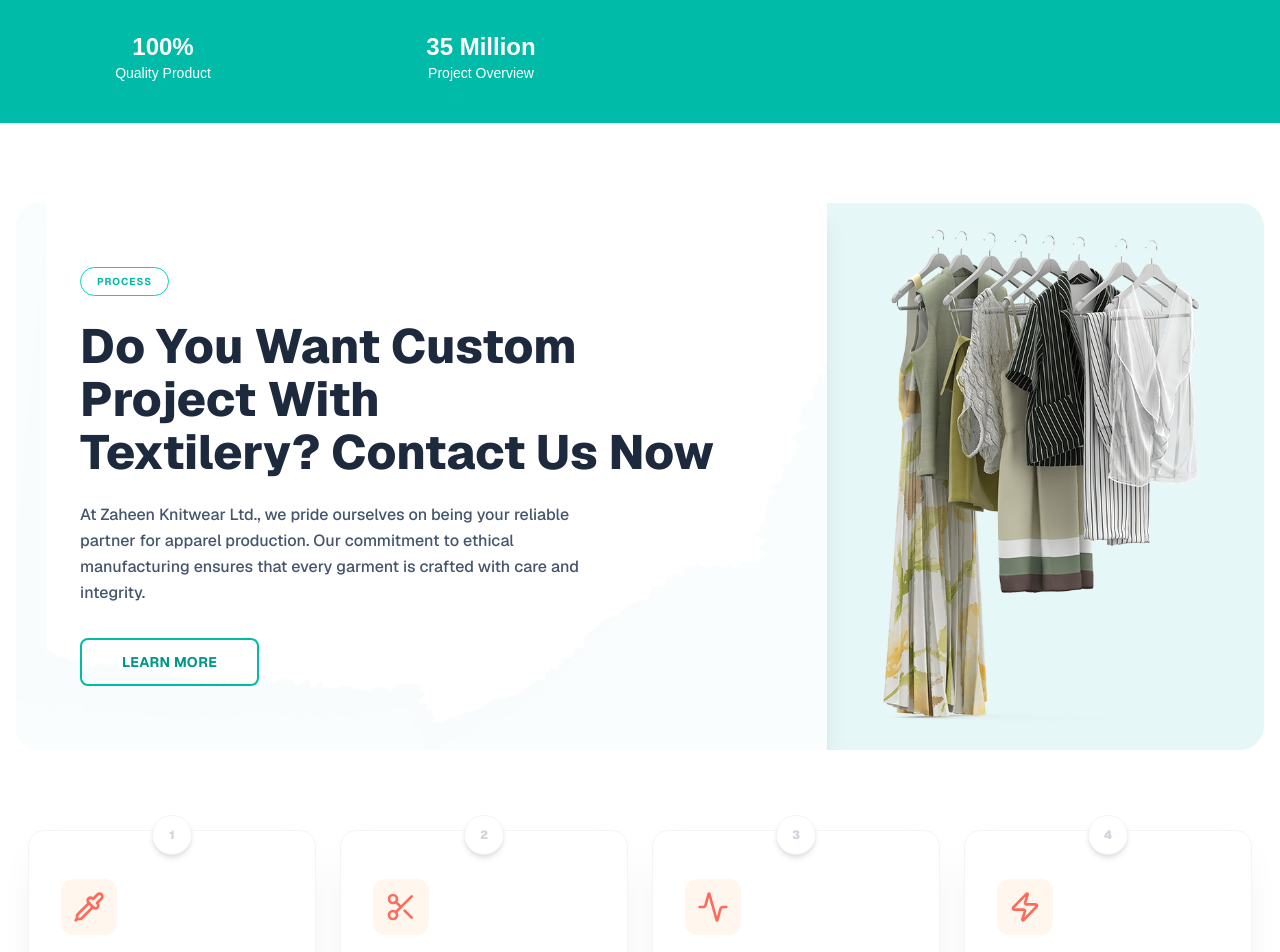
Repository: mdmuhibullahhabib/fullstack-assessment
Page: /
An editor plug-in stored every save of this project. The page is shown before and after the next save, followed by the edit.
The browser window is 1280 px wide. The pictures show the part of the page from y = 587 to 1539 px (the page is 3092 px tall).
The project was rebuilt for these pictures with package versions that can differ from the ones it lists, and the page was loaded fresh each time. The framework's server and built-in components were replaced by stand-ins that run in the browser. Also part of the build but not shown: next.config.mjs.

Above is the page before, as saved 2025-12-27 09:30:54.

### src/app/layout.js
import { Geist, Geist_Mono } from "next/font/google";
import "./globals.css";
import Navbar from "@/components/shared/Navbar";
import Footer from "@/components/shared/Footer";

const geistSans = Geist({
  variable: "--font-geist-sans",
  subsets: ["latin"],
});

const geistMono = Geist_Mono({
  variable: "--font-geist-mono",
  subsets: ["latin"],
});

export const metadata = {
  title: "Create Next App",
  description: "Generated by create next app",
};

export default function RootLayout({ children }) {
  return (
    <html lang="en">
      <body
        className={`${geistSans.variable} ${geistMono.variable} antialiased`}
      >
        <Navbar/>
        {children}
        <Footer/>
      </body>
    </html>
  );
}

### src/app/page.js
import Apparel from "@/components/home/Apparel";
import CustomProcess from "@/components/home/CustomProcess";
import Hero from "@/components/home/hero";
import Stats from "@/components/home/Stats";


export default function Home() {
  return (
    <>
      <Hero />
      <Stats />
      <CustomProcess />
      <Apparel />
    </>
  );
}

### src/components/shared/Navbar.jsx
"use client";

import Link from "next/link";
import { Menu, X, ShoppingCart, User } from "lucide-react";
import { useState } from "react";

export default function Navbar() {
  const [open, setOpen] = useState(false);

  return (
    <header className="w-full">
      {/* ===== Top Bar ===== */}
      <div className="bg-teal-500 text-white text-sm">
        <div className="max-w-7xl mx-auto flex justify-between items-center px-4 py-2">
          <p>📍 Kashimpur, Gazipur Sadar / Gazipur</p>
          <div className="flex items-center gap-4">
            <span>📞 +880 01713-027875</span>
            <div className="flex gap-2">
              <span>f</span>
              <span>x</span>
              <span>▶</span>
              <span>📷</span>
            </div>
          </div>
        </div>
      </div>

      {/* ===== Main Navbar ===== */}
      <div className="bg-white shadow">
        <div className="max-w-7xl mx-auto flex items-center justify-between px-4 py-4">

          {/* Logo */}
          <Link href="/" className="flex items-center gap-2">
            <div className="w-10 h-10 bg-green-500 rounded flex items-center justify-center text-white font-bold">
              Z
            </div>
            <span className="font-bold text-lg text-gray-800">
              Company
            </span>
          </Link>

          {/* Desktop Menu */}
          <nav className="hidden md:flex items-center gap-8 text-gray-700 font-medium">
            <Link href="/">Home</Link>
            <Link href="/about">About Us</Link>
            <Link href="/services">Our Services</Link>
            <Link href="/products">Our Products</Link>
            <Link href="/blogs">Blogs</Link>
          </nav>

          {/* Right Actions */}
          <div className="hidden md:flex items-center gap-4">
            <ShoppingCart className="cursor-pointer" />
            <div className="w-8 h-8 bg-red-500 rounded-full flex items-center justify-center text-white">
              M
            </div>
            <Link
              href="/contact"
              className="bg-orange-500 text-white px-4 py-2 rounded"
            >
              Contact Us
            </Link>
          </div>

          {/* Mobile Menu Button */}
          <button
            onClick={() => setOpen(!open)}
            className="md:hidden"
          >
            {open ? <X /> : <Menu />}
          </button>
        </div>

        {/* ===== Mobile Menu ===== */}
        {open && (
          <div className="md:hidden bg-white border-t">
            <nav className="flex flex-col gap-4 px-4 py-4 text-gray-700">
              <Link href="/">Home</Link>
              <Link href="/about">About Us</Link>
              <Link href="/services">Our Services</Link>
              <Link href="/products">Our Products</Link>
              <Link href="/blogs">Blogs</Link>

              <div className="flex items-center gap-4 pt-4">
                <ShoppingCart />
                <User />
                <Link
                  href="/contact"
                  className="bg-orange-500 text-white px-4 py-2 rounded"
                >
                  Contact Us
                </Link>
              </div>
            </nav>
          </div>
        )}
      </div>
    </header>
  );
}

### src/components/shared/Footer.jsx
import Image from "next/image";
import Link from "next/link";

export default function Footer() {
  return (
    <footer className="bg-[#f8f8f8] border-t">
      <div className="max-w-7xl mx-auto px-4 py-12">

        {/* ===== Top Section ===== */}
        <div className="grid grid-cols-1 md:grid-cols-4 gap-10">

          {/* Logo & Contact */}
          <div className="space-y-4">
            <div className="flex items-center gap-3">
              <Image src="/logo.png" alt="logo" width={48} height={48} />
              <Image src="/logo2.png" alt="logo2" width={48} height={48} />
            </div>

            <p className="text-sm text-gray-600 flex gap-2">
              📍 29 SE 2nd Ave, Miami, FL 33131, United States
            </p>
            <p className="text-sm text-gray-600">
              ✉ info@zaheen.com
            </p>
            <p className="text-sm font-semibold">
              📞 (+92) 3942 7879
            </p>
          </div>

          {/* Pages */}
          <div>
            <h4 className="font-semibold mb-4 uppercase text-sm">Pages</h4>
            <ul className="space-y-2 text-sm text-gray-600">
              <li><Link href="#">About Us</Link></li>
              <li><Link href="#">Our Services</Link></li>
              <li><Link href="#">Our Products</Link></li>
            </ul>
          </div>

          {/* Information */}
          <div>
            <h4 className="font-semibold mb-4 uppercase text-sm">Information</h4>
            <ul className="space-y-2 text-sm text-gray-600">
              <li><Link href="#">My Account</Link></li>
              <li><Link href="#">Corporate Enquiries</Link></li>
              <li><Link href="#">FAQs</Link></li>
            </ul>
          </div>
        </div>

        {/* ===== Payment Channels (SAME ROW STYLE) ===== */}
        <div className="mt-10">
          <h4 className="font-semibold text-sm mb-4">PAYMENT CHANNELS</h4>

          <div className="flex flex-wrap gap-3">
            {[
              "visa",
              "mastercard",
              "amex",
              "bKash",
              "nagad",
              "rocket",
              "upay",
              "tap",
              "citybank",
              "bracbank",
              "easternbank",
              "standardchartered",
            ].map((logo) => (
              <div
                key={logo}
                className="bg-white border rounded-md px-4 py-2 flex items-center justify-center"
              >
                <Image
                  src={`/payments/${logo}.png`}
                  alt={logo}
                  width={48}
                  height={28}
                  className="object-contain"
                />
              </div>
            ))}
          </div>
        </div>

        {/* ===== Bottom Bar ===== */}
        <div className="border-t mt-10 pt-6 flex flex-col md:flex-row justify-between items-center gap-4 text-sm text-gray-600">

          <p>
            Copyright ©{" "}
            <span className="text-orange-500 font-medium">
              360D Soul Limited
            </span>{" "}
            2025. All rights reserved.
          </p>

          <div className="flex gap-4 text-lg">
            <span>f</span>
            <span>x</span>
            <span>📷</span>
          </div>

          <div className="flex gap-4">
            <Link href="#">Terms & Condition</Link>
            <Link href="#">Privacy & Policy</Link>
            <Link href="#">Refund Policy</Link>
          </div>
        </div>

      </div>
    </footer>
  );
}

### src/components/home/Apparel.jsx
export default function Apparel() {
  const products = [
    {
      name: "Denim Jacket",
      price: "$10.00",
      img: "https://images.unsplash.com/photo-1520975916090-3105956dac38",
    },
    {
      name: "Hoodie",
      price: "$12.00",
      img: "https://images.unsplash.com/photo-1520974735194-6c9c0c13ed3d",
    },
    {
      name: "T-Shirt",
      price: "$8.00",
      img: "https://images.unsplash.com/photo-1583743814966-8936f5b7be1a",
    },
  ];

  return (
    <section className="bg-gray-50 py-16">
      <div className="max-w-7xl mx-auto px-4">
        <h2 className="text-2xl font-bold mb-8">Our Apparels</h2>

        <div className="grid sm:grid-cols-2 md:grid-cols-3 gap-6">
          {products.map((p, i) => (
            <div key={i} className="bg-white border rounded overflow-hidden">
              <img src={p.img} className="h-56 w-full object-cover" />
              <div className="p-4">
                <h3 className="font-semibold">{p.name}</h3>
                <p className="text-sm text-gray-600">{p.price}</p>
                <button className="mt-3 w-full bg-teal-500 text-white py-2 rounded">
                  Add to Cart
                </button>
              </div>
            </div>
          ))}
        </div>
      </div>
    </section>
  );
}

### src/components/home/CustomProcess.jsx
"use client"
import Image from "next/image";
import { Scissors, Pipette, Zap, Activity, Repeat, ClipboardCheck, Box } from "lucide-react";
import bgImage from "../../../public/home/ProcessImage-1.png";
import rightImage from "../../../public/home/ProcessImage-2.png";

export default function CustomProcess() {
  const steps = [
    { number: 1, title: "Dyeing", desc: "Adding color to biodegradable materials.", icon: <Pipette className="w-8 h-8 text-[#FF6B5B]" /> },
    { number: 2, title: "Cutting", desc: "Eco-friendly clothing items for all shapes and sizes.", icon: <Scissors className="w-8 h-8 text-[#FF6B5B]" /> },
    { number: 3, title: "Sewing", desc: "Vouching for the ultimate sturdiness and durability of the fabric.", icon: <Activity className="w-8 h-8 text-[#FF6B5B]" /> },
    { number: 4, title: "Snipping of thread", desc: "A neat edge, a soft and smooth finish.", icon: <Zap className="w-8 h-8 text-[#FF6B5B]" /> },
    { number: 5, title: "Ironing", desc: "Ironing it before shipping.", icon: <Repeat className="w-8 h-8 text-[#FF6B5B]" /> },
    { number: 6, title: "Checking", desc: "Going through each clothing piece to ensure supreme quality standards are met.", icon: <ClipboardCheck className="w-8 h-8 text-[#FF6B5B]" /> },
    { number: 7, title: "Package", desc: "Folding and packing with the utmost care.", icon: <Box className="w-8 h-8 text-[#FF6B5B]" /> },
  ];

  return (
    <section className="bg-white py-20 px-4 font-sans">
      <div className="max-w-7xl mx-auto">

        {/* ===== TOP SECTION ===== */}
<div className="relative bg-[#E6F7F8] rounded-3xl overflow-hidden flex flex-col md:flex-row items-stretch mb-20 min-h-[480px]">

  {/* ===== LEFT SIDE (TEXT + BG IMAGE) ===== */}
  <div
    className="relative w-full md:w-[65%] p-10 md:p-16 flex flex-col justify-center items-start shadow-xl"
    style={{
      backgroundImage: `url(${bgImage.src})`,
      backgroundSize: "cover",
      backgroundPosition: "center",
    }}
  >
    {/* Overlay for readability */}
    <div className="absolute inset-0 bg-white/80 z-0" />

    <div className="relative z-10">
      <span className="inline-block border border-teal-400 text-teal-500 text-[10px] font-bold px-4 py-1.5 rounded-full uppercase tracking-widest mb-6 bg-white/70">
        Process
      </span>

      <h2 className="text-3xl md:text-5xl font-extrabold text-slate-800 leading-[1.1] mb-6">
        Do You Want Custom Project With <br className="hidden lg:block" />
        Textilery? Contact Us Now
      </h2>

      <p className="text-slate-600 text-sm md:text-base leading-relaxed max-w-lg mb-8 font-medium">
        At Zaheen Knitwear Ltd., we pride ourselves on being your reliable partner
        for apparel production. Our commitment to ethical manufacturing ensures
        that every garment is crafted with care and integrity.
      </p>

      <button className="border-2 border-teal-500 text-teal-600 px-10 py-3 rounded-lg font-bold text-sm hover:bg-teal-500 hover:text-white transition-all uppercase tracking-wide">
        Learn More
      </button>
    </div>
  </div>

  {/* ===== RIGHT SIDE IMAGE ===== */}
  <div className="w-full md:w-[35%] flex items-center justify-center p-6 md:p-0">
    <div className="relative w-full h-[320px] md:h-[450px] md:scale-110">
      <Image
        src={rightImage}
        alt="Garments on hangers"
        fill
        className="object-contain"
        priority
      />
    </div>
  </div>
</div>

        {/* ===== PROCESS STEPS GRID ===== */}
        <div className="flex flex-wrap justify-center gap-6">
          {steps.map((step, index) => (
            <div
              key={step.number}
              className={`
                relative bg-white p-8 pt-12 rounded-2xl shadow-[0_15px_40px_-15px_rgba(0,0,0,0.1)]
                border border-gray-100 flex flex-col items-start transition-all hover:-translate-y-2
                w-full sm:w-[calc(50%-1.5rem)] lg:w-[calc(25%-1.5rem)]
                ${index >= 4 ? 'lg:translate-y-2' : ''}
              `}
            >
              {/* Step Number Circle */}
              <div className="absolute -top-4 left-1/2 -translate-x-1/2 w-10 h-10 bg-white border border-gray-100 shadow-md rounded-full flex items-center justify-center text-xs font-black text-gray-300">
                {step.number}
              </div>

              <div className="mb-6 bg-orange-50 p-3 rounded-xl">
                {step.icon}
              </div>

              <h3 className="text-xl font-bold text-slate-800 mb-3">
                {step.title}
              </h3>
              <p className="text-[14px] text-gray-500 leading-relaxed">
                {step.desc}
              </p>
            </div>
          ))}
        </div>

      </div>
    </section>
  );
}

### src/components/home/hero.jsx
export default function Hero() {
  return (
    <section className="relative bg-black text-white">
      <img
        src="https://images.unsplash.com/photo-1520975916090-3105956dac38"
        className="absolute inset-0 w-full h-full object-cover opacity-40"
      />

      <div className="relative max-w-7xl mx-auto px-4 py-28 grid md:grid-cols-2 gap-10">
        <div>
          <p className="text-sm uppercase mb-3 text-teal-400">
            Textile & Garments
          </p>
          <h1 className="text-4xl md:text-5xl font-bold mb-5">
            High-Quality Garments. <br /> Ethically Made.
          </h1>
          <p className="text-gray-300 mb-6">
            We manufacture premium garments using ethical and sustainable
            practices.
          </p>

          <div className="flex gap-4">
            <button className="bg-orange-500 px-6 py-3 rounded">
              Explore
            </button>
            <button className="border px-6 py-3 rounded">
              Contact Us
            </button>
          </div>
        </div>
      </div>
    </section>
  );
}

### src/components/home/Stats.jsx
export default function Stats() {
  const stats = [
    { title: "Quality Product", value: "100%" },
    { title: "Project Overview", value: "35 Million" },
  ];

  return (
    <section className="bg-teal-500 text-white">
      <div className="max-w-7xl mx-auto px-4 py-10 grid grid-cols-2 md:grid-cols-4 gap-6 text-center">
        {stats.map((s, i) => (
          <div key={i}>
            <h3 className="text-2xl font-bold">{s.value}</h3>
            <p className="text-sm">{s.title}</p>
          </div>
        ))}
      </div>
    </section>
  );
}

Loaded but not shown: src/app/globals.css (common file)

After the next save:
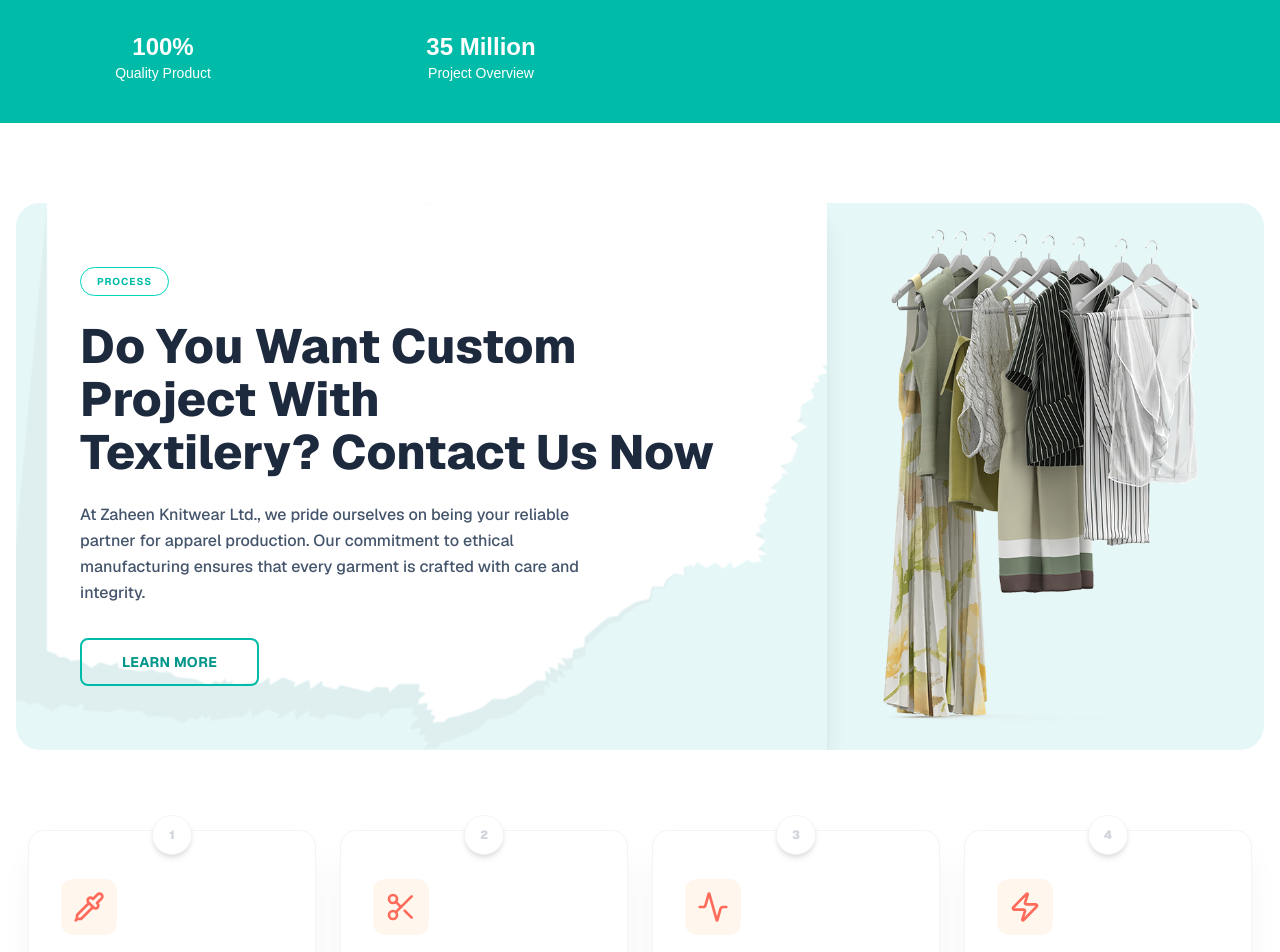
Saved 3 min 3 s later.
--- a/src/components/home/CustomProcess.jsx
+++ b/src/components/home/CustomProcess.jsx
@@ -32,7 +32,7 @@
     }}
   >
     {/* Overlay for readability */}
-    <div className="absolute inset-0 bg-white/80 z-0" />
+    <div className="absolute z-0" />
 
     <div className="relative z-10">
       <span className="inline-block border border-teal-400 text-teal-500 text-[10px] font-bold px-4 py-1.5 rounded-full uppercase tracking-widest mb-6 bg-white/70">
